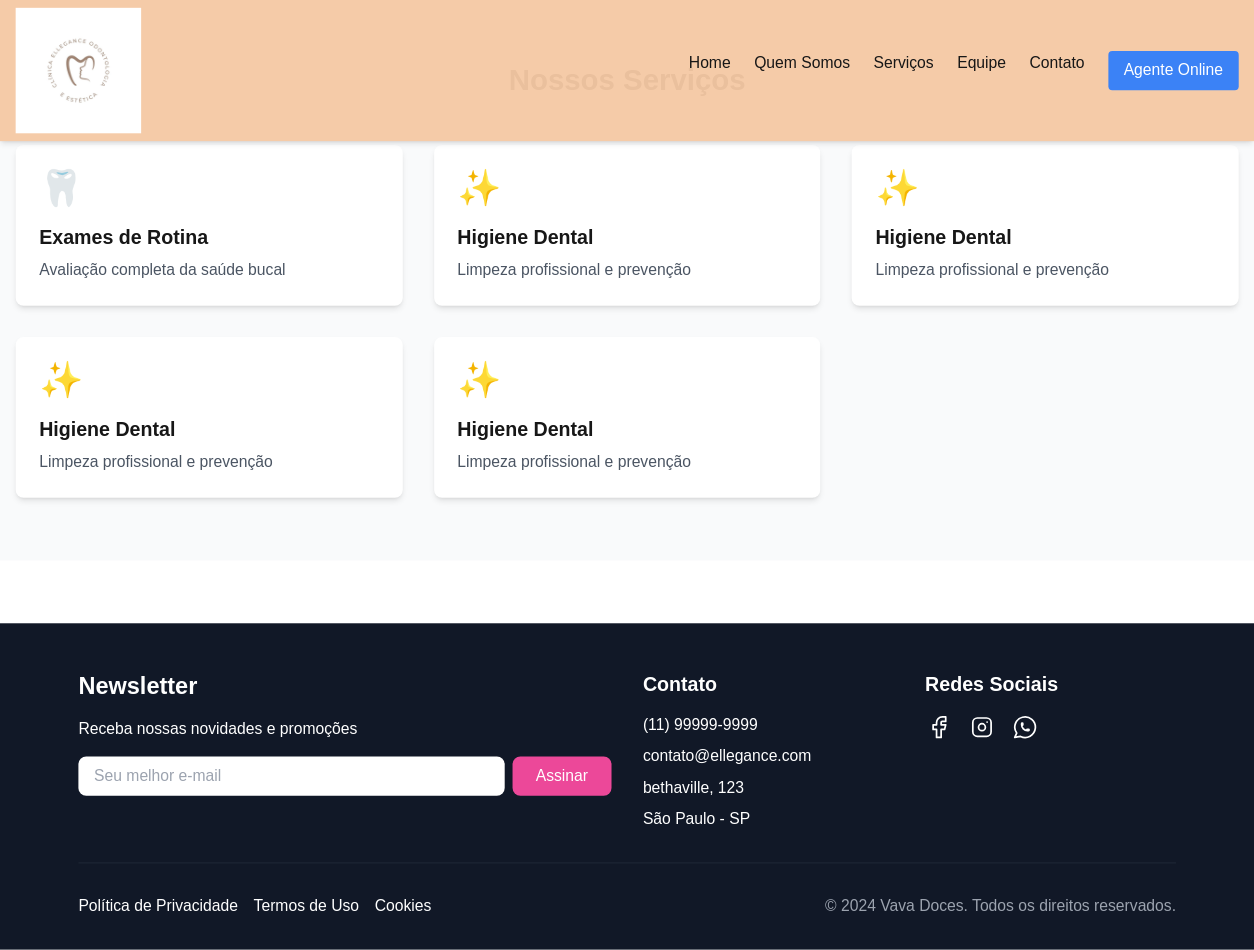
Repository: francisguitt/ellegance_odontologia
Page: /services_
An editor plug-in stored every save of this project. The page is shown before and after the next save, followed by the edit.
The browser window is 1280 px wide. The pictures show the whole page, at 98% of full size.
The project was rebuilt for these pictures with package versions that can differ from the ones it lists, and the page was loaded fresh each time. The framework's server and built-in components were replaced by stand-ins that run in the browser. Also part of the build but not shown: next.config.mjs.

Above is the page before, as saved 2025-02-22 12:02:19.

### src/app/layout.tsx
import type { Metadata } from "next";
import localFont from "next/font/local";
import "./globals.css";
import Header from "@/app/components/header";
import Footer from "@/app/components/footer";

const geistSans = localFont({
  src: "./fonts/GeistVF.woff",
  variable: "--font-geist-sans",
  weight: "100 900",
});
const geistMono = localFont({
  src: "./fonts/GeistMonoVF.woff",
  variable: "--font-geist-mono",
  weight: "100 900",
});

export const metadata: Metadata = {
  title: "Create Next App",
  description: "Generated by create next app",
};

export default function RootLayout({
  children,
}: Readonly<{
  children: React.ReactNode;
}>) {
  return (
    <html lang="en">
      <body
        className={`${geistSans.variable} ${geistMono.variable} antialiased`}
      >
      <Header/>
        {children}
        <Footer/>
      </body>
    </html>
  );
}

### src/app/services_/page.tsx
const Services = () => {
    const services = [
      {
        title: 'Exames de Rotina',
        description: 'Avaliação completa da saúde bucal',
        icon: '🦷'
      },
      {
        title: 'Higiene Dental',
        description: 'Limpeza profissional e prevenção',
        icon: '✨'
      },
      {
        title: 'Higiene Dental',
        description: 'Limpeza profissional e prevenção',
        icon: '✨'
      },
      {
        title: 'Higiene Dental',
        description: 'Limpeza profissional e prevenção',
        icon: '✨'
      },
      {
        title: 'Higiene Dental',
        description: 'Limpeza profissional e prevenção',
        icon: '✨'
      },
    ];

    return (
      <section id="services" className="py-16 bg-gray-50">
        <div className="container mx-auto px-4">
          <h2 className="text-3xl font-bold text-center mb-12">Nossos Serviços</h2>
          <div className="grid grid-cols-1 md:grid-cols-3 gap-8">
            {services.map((service, index) => (
              <div key={index} className="bg-white p-6 rounded-lg shadow-md">
                <div className="text-4xl mb-4">{service.icon}</div>
                <h3 className="text-xl font-semibold mb-2">{service.title}</h3>
                <p className="text-gray-600">{service.description}</p>
              </div>
            ))}
          </div>
        </div>
      </section>
    );
  };

  export default Services;

### src/app/globals.css
@tailwind base;
@tailwind components;
@tailwind utilities;

:root {
  --primary-color: #f5c9a4f3;
  --secundary-color: #ffd079;
  --background: #ffffff;
  --foreground: #171717;
}

@media (prefers-color-scheme: dark) {
  :root {
    /* --background: #0a0a0a;
    --foreground: #ededed; */
  }
}

body {
  color: var(--foreground);
  background: var(--background);
  font-family: Arial, Helvetica, sans-serif;
}

@layer utilities {
  .text-balance {
    text-wrap: balance;
  }
}

### src/app/components/header.tsx


"use client";
import { useState } from 'react';
import { Link } from 'react-scroll';
import Image from 'next/image';
import logo from "@/images/logo_odonto.jpg";
import { IconMenu2, IconX } from '@tabler/icons-react';

const Header = () => {
  const [isMenuOpen, setIsMenuOpen] = useState(false);

  const toggleMenu = () => {
    setIsMenuOpen(!isMenuOpen);
  };

  const menuItems = [
    { to: "home", label: "Home" },
    { to: "about", label: "Quem Somos" },
    { to: "services", label: "Serviços" },
    { to: "team", label: "Equipe" },
    { to: "contact", label: "Contato" },
  ];

  return (
    <header className="fixed w-full  bg-[var(--primary-color)] shadow-md z-50">
      <div className="container mx-auto px-4 py-2 flex justify-between items-center">
        {/* <div className="logo">  */}
          <Image
            src={logo}
            alt="Ellegance Dental"
            className="w-32 h-32"
          />
        {/* </div> */}

        {/* Desktop Navigation */}
        <nav className="hidden md:flex space-x-6">
          {menuItems.map((item) => (
            <Link
              key={item.to}
              to={item.to}
              smooth={true}
              className="cursor-pointer hover:text-blue-500 transition-colors"
            >
              {item.label}
            </Link>
          ))}
          <button className="bg-blue-500 text-white px-4 py-2 rounded hover:bg-blue-600 transition-colors">
            Agente Online
          </button>
        </nav>

        {/* Mobile Menu Button */}
        <button
          onClick={toggleMenu}
          className="md:hidden text-gray-600 hover:text-blue-500 transition-colors"
        >
          {isMenuOpen ? <IconX size={24} /> : <IconMenu2 size={24} />}
        </button>
      </div>

      {/* Mobile Navigation */}
      <nav className={`
        md:hidden bg-white
        transition-all duration-300 ease-in-out
        ${isMenuOpen ? 'max-h-96 opacity-100' : 'max-h-0 opacity-0'}
        overflow-hidden
      `}>
        <div className="container mx-auto px-4 py-2 flex flex-col space-y-4">
          {menuItems.map((item) => (
            <Link
              key={item.to}
              to={item.to}
              smooth={true}
              className="cursor-pointer hover:text-blue-500 transition-colors py-2"
              onClick={() => setIsMenuOpen(false)}
            >
              {item.label}
            </Link>
          ))}
          <button className="bg-blue-500 text-white px-4 py-2 rounded hover:bg-blue-600 transition-colors w-full">
            Agente Online
          </button>
        </div>
      </nav>
    </header>
  );
};

export default Header;

### src/app/components/footer.tsx
'use client'
import { useState } from 'react'
import {
  IconBrandFacebook,
  IconBrandInstagram,
  IconBrandWhatsapp,
  IconMail
} from '@tabler/icons-react'

function Footer() {
  const [email, setEmail] = useState('')

  const handleSubmit = (e: React.FormEvent) => {
    e.preventDefault()
    setEmail('')
  }

  return (
    <footer className="bg-gray-900 text-white pt-12 mt-16">
      <div className="max-w-6xl mx-auto px-4">
        <div className="grid grid-cols-1 md:grid-cols-4 gap-8 pb-8">
          <div className="col-span-1 md:col-span-2">
            <h3 className="text-2xl font-bold mb-4">Newsletter</h3>
            <p className="mb-4">Receba nossas novidades e promoções</p>
            <form onSubmit={handleSubmit} className="flex gap-2">
              <input
                type="email"
                value={email}
                onChange={(e) => setEmail(e.target.value)}
                placeholder="Seu melhor e-mail"
                className="flex-1 px-4 py-2 rounded-lg text-gray-900"
                required
              />
              <button
                type="submit"
                className="bg-pink-500 px-6 py-2 rounded-lg hover:bg-pink-600 transition"
              >
                Assinar
              </button>
            </form>
          </div>

          <div>
            <h3 className="text-xl font-bold mb-4">Contato</h3>
            <ul className="space-y-2">
              <li>
                <a href="tel:+5511999999999" className="hover:text-pink-400">
                  (11) 99999-9999
                </a>
              </li>
              <li>
                <a href="mailto:contato@elleganceodontologia.com" className="hover:text-pink-400">
                  contato@ellegance.com
                </a>
              </li>
              <li>bethaville, 123</li>
              <li>São Paulo - SP</li>
            </ul>
          </div>

          <div>
            <h3 className="text-xl font-bold mb-4">Redes Sociais</h3>
            <div className="flex gap-4">
              <a href="https://facebook.com" target="_blank" rel="noopener noreferrer"
                className="hover:text-pink-400 transition">
                <IconBrandFacebook size={28} stroke={1.5} />
              </a>
              <a href="https://instagram.com" target="_blank" rel="noopener noreferrer"
                className="hover:text-pink-400 transition">
                <IconBrandInstagram size={28} stroke={1.5} />
              </a>
              <a href="https://wa.me/5511999999999" target="_blank" rel="noopener noreferrer"
                className="hover:text-pink-400 transition">
                <IconBrandWhatsapp size={28} stroke={1.5} />
              </a>
            </div>
          </div>
        </div>

        <div className="border-t border-gray-800 py-8">
          <div className="flex flex-col md:flex-row justify-between items-center">
            <div className="flex gap-4 mb-4 md:mb-0">
              <a href="/politica-privacidade" className="hover:text-pink-400 transition">
                Política de Privacidade
              </a>
              <a href="/termos-uso" className="hover:text-pink-400 transition">
                Termos de Uso
              </a>
              <a href="/cookies" className="hover:text-pink-400 transition">
                Cookies
              </a>
            </div>
            <p className="text-gray-400">
              © {new Date().getFullYear()} Vava Doces. Todos os direitos reservados.
            </p>
          </div>
        </div>
      </div>
    </footer>
  )
}
export default Footer;

Loaded but not shown: tailwind.config.ts (common file)

After the next save:
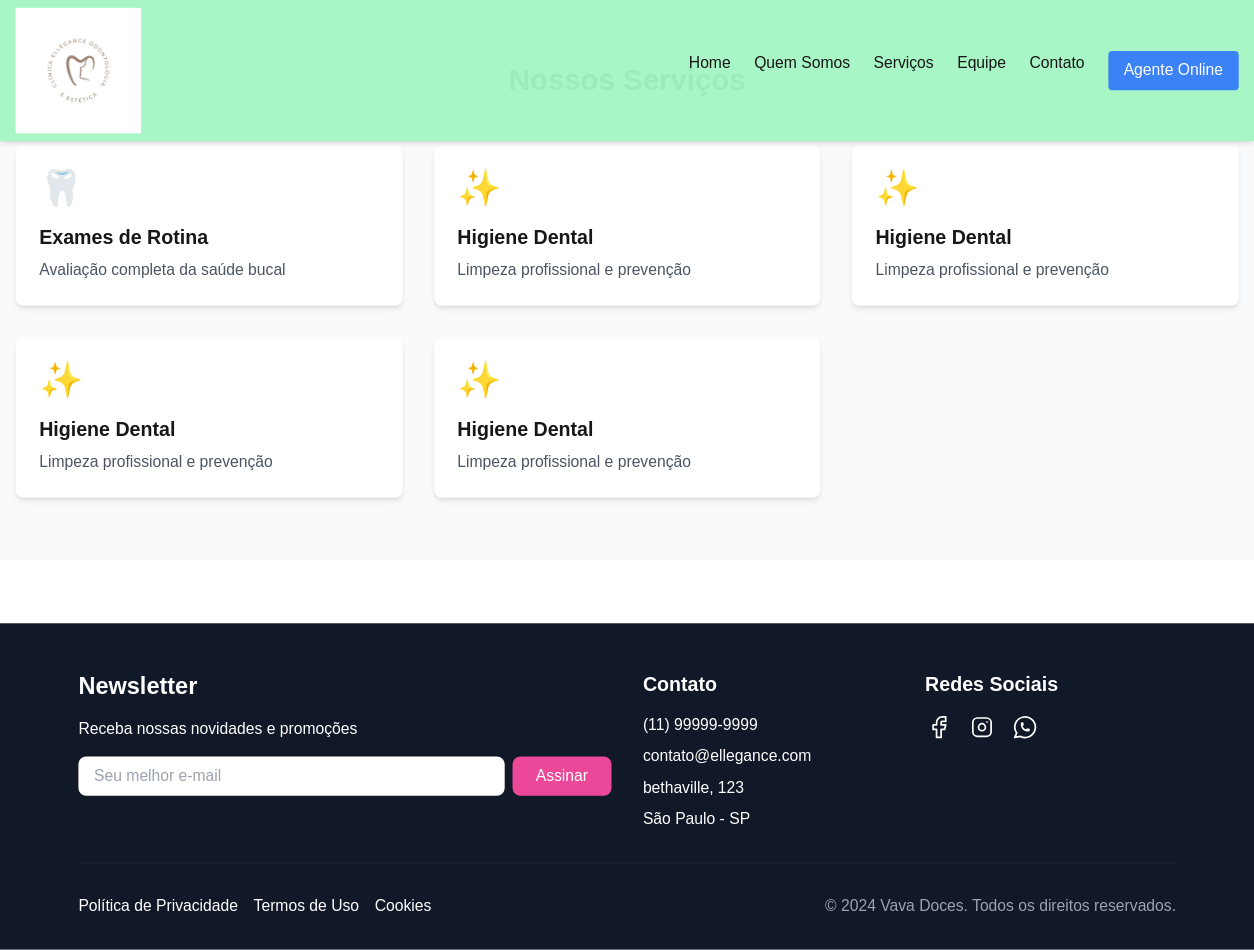
Saved 4 s later.
--- a/src/app/globals.css
+++ b/src/app/globals.css
@@ -3,7 +3,7 @@
 @tailwind utilities;
 
 :root {
-  --primary-color: #f5c9a4f3;
+  --primary-color: #a4f5c3f3;
   --secundary-color: #ffd079;
   --background: #ffffff;
   --foreground: #171717;
